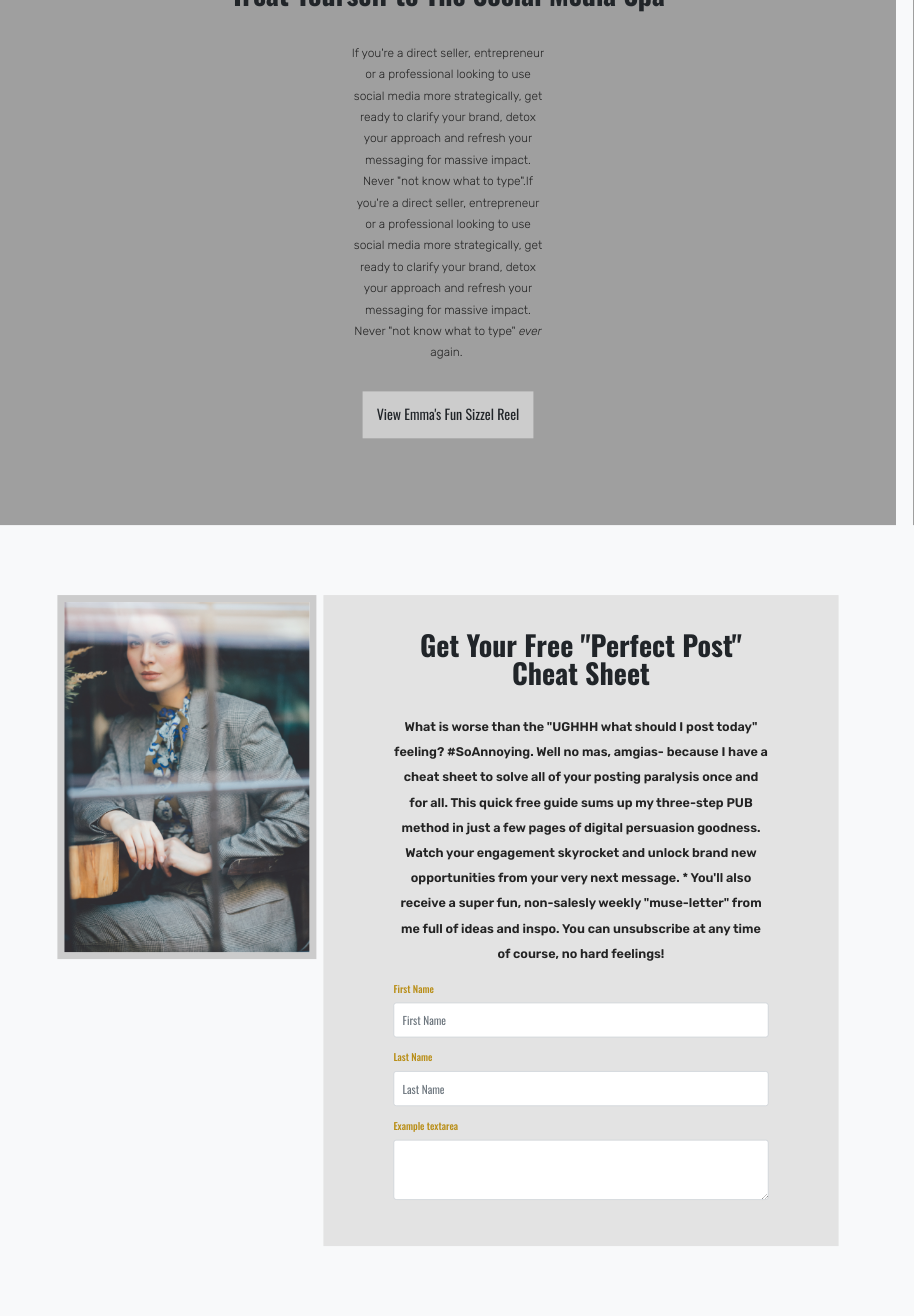
Repository: poroshrahman40/emma-watson-portfolio
Page: index.html
An editor plug-in stored every save of this project. The page is shown before and after the next save, followed by the edit.
The browser window is 1280 px wide. The page is 1305 px wide, so the pictures cover 1305 px, including what lies to the right of the window. The pictures show the part of the page from y = 3643 to 5523 px (the page is 5523 px tall before and 5491 px after), at 70% of full size.
Some web fonts or font styles are not loaded; a fallback is used.

Above is the page before, as saved 2021-12-06 17:55:38.

After the next save:
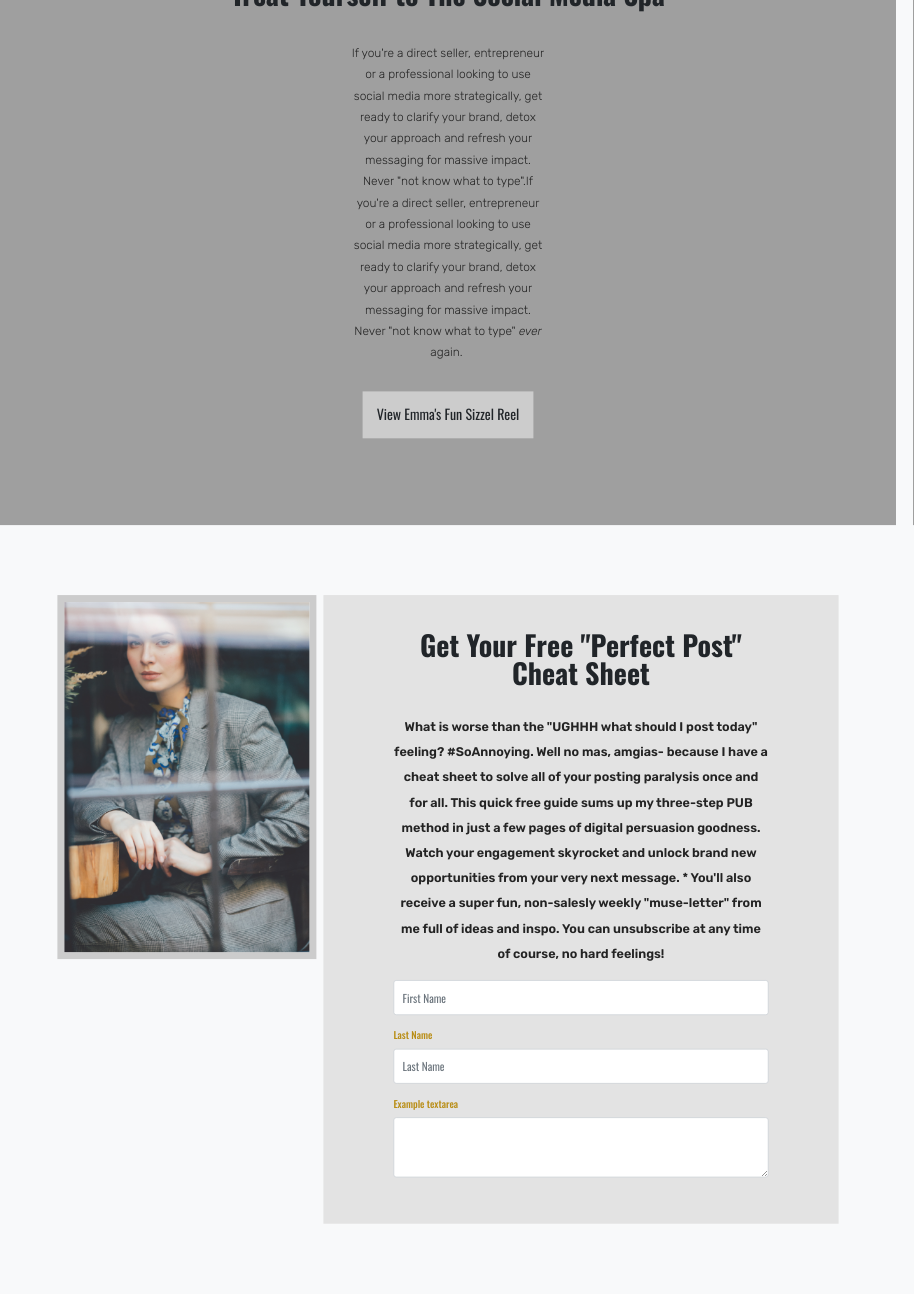
Saved 28 s later.
--- a/index.html
+++ b/index.html
@@ -257,7 +257,7 @@ Watch your engagement skyrocket and unlock brand new opportunities from your ver
 
                     <div class="ew-cheet-seet-form text-start">
                         <div class="mb-3">
-                            <label for="exampleFormControlInput1" class="form-label">First Name</label>
+                            <!-- <label for="exampleFormControlInput1" class="form-label">First Name</label> -->
                             <input type="name" class="form-control" id="exampleFormControlInput1" placeholder="First Name">
                         </div>
                         <div class="mb-3">
